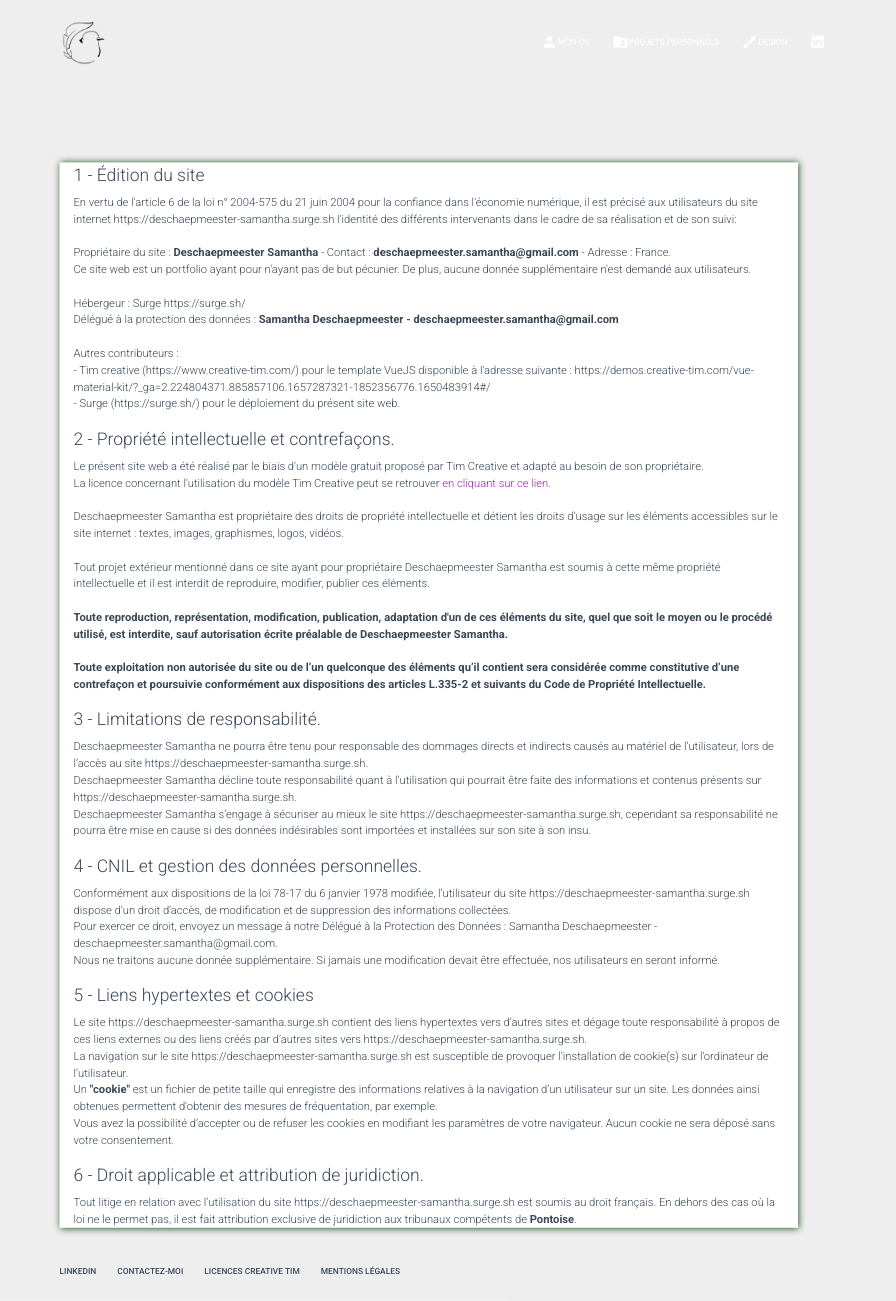
Repository: sdeschaepmeester/NewPortfolio
Page: /#/mentions
The author's editor kept a copy of each file at every save. The page is drawn from the files as they stood at one save, then again after the next save.
The browser window is 1280 px wide. The pictures show the whole page, at 70% of full size.
Some web libraries are served in a nearby version. The project was rebuilt for these pictures with package versions that can differ from the ones it lists, and the page was loaded fresh each time. Also part of the build but not shown: vue.config.js, src/views/components/APropos.vue, src/views/components/NavigationSection.vue, src/views/components/SmallNavigationSection.vue, src/components/Dropdown.vue, src/components/Parallax.vue, src/components/Pagination.vue, src/components/Slider.vue and 14 more.

Above is the page before, as saved 2022-07-11 19:58:41.

### public/index.html
<!--

=========================================================
* Vue Material Kit - v1.2.2
=========================================================

* Product Page: https://www.creative-tim.com/product/vue-material-kit
* Copyright 2019 Creative Tim (https://www.creative-tim.com)
* Licensed under MIT (https://github.com/creativetimofficial/vue-material-kit/blob/master/LICENSE.md)

* Coded by Creative Tim

=========================================================

* The above copyright notice and this permission notice shall be included in all copies or substantial portions of the Software.

-->

<!DOCTYPE html>
<html lang="en">
  <head>
    <meta charset="utf-8">
    <meta http-equiv="X-UA-Compatible" content="IE=edge">
    <meta name="viewport" content="width=device-width,initial-scale=1.0">
    <link rel="icon" href="<%= BASE_URL %>favicon.png">
    <title>Portfolio - Samantha Deschaepmeester</title>

    <!--  Fonts and icons     -->
    <link rel="stylesheet" type="text/css" href="https://fonts.googleapis.com/css?family=Roboto:300,400,500,700|Roboto+Slab:400,700|Material+Icons" />
    <link rel="stylesheet" href="//fonts.googleapis.com/icon?family=Material+Icons">
    <link href="https://use.fontawesome.com/releases/v5.0.8/css/all.css" rel="stylesheet">
  </head>
  <body>
    <noscript>
      <strong>We're sorry but vue-material-kit doesn't work properly without JavaScript enabled. Please enable it to continue.</strong>
    </noscript>
    <div id="app"></div>
    <!-- built files will be auto injected -->
  </body>
</html>

### src/views/MentionsLegales.vue
<template>
  <div class="wrapper">
      <div class="section">
        <div class="container">
          <div class="md-layout">
            <div class="md-layout-item md-size-50 mx-auto">
              <div class="profile">
                <div class="avatar">
                </div>
                <div class="name">
                  <h3 class="title">Mentions légales</h3>
                </div>
              </div>
            </div>
          </div>
          <div>
            <div style="marginTop: 20%; backgroundColor: white; width: 95%;
            box-shadow: 1px 1px 10px 1px #154d1a;">
            <div style="margin: 20px">
            <h3>1 - Édition du site</h3>

            En vertu de l'article 6 de la loi n° 2004-575 du 21 juin 2004 pour la confiance dans l'économie numérique, il est précisé aux utilisateurs du site internet https://deschaepmeester-samantha.surge.sh l'identité des différents intervenants dans le cadre de sa réalisation et de son suivi:
            <br/><br/>

            Propriétaire du site : <span style="fontWeight: bold">Deschaepmeester Samantha</span> - Contact : <span style="fontWeight: bold">deschaepmeester.samantha@gmail.com</span> - Adresse : France.
            <br/>

            Ce site web est un portfolio ayant pour n'ayant pas de but pécunier. De plus, aucune donnée supplémentaire n'est demandé aux utilisateurs.
            <br/><br/>

            Hébergeur : Surge https://surge.sh/
            <br/>

            Délégué à la protection des données : <span style="fontWeight: bold">Samantha Deschaepmeester - deschaepmeester.samantha@gmail.com</span>
            <br/><br/>

            Autres contributeurs :
            <br/>
            - Tim creative (https://www.creative-tim.com/) pour le template VueJS disponible à l'adresse suivante : https://demos.creative-tim.com/vue-material-kit/?_ga=2.224804371.885857106.1657287321-1852356776.1650483914#/
            <br/>
            - Surge (https://surge.sh/) pour le déploiement du présent site web.
            <br/>

            <h3>2 - Propriété intellectuelle et contrefaçons.</h3>

            Le présent site web a été réalisé par le biais d'un modèle gratuit proposé par Tim Creative et adapté au besoin de son propriétaire.
            <br/>
            La licence concernant l'utilisation du modèle Tim Creative peut se retrouver <a href="https://www.creative-tim.com/license?_ga=2.51012329.1549389931.1657556868-1852356776.1650483914">en cliquant sur ce lien.</a>
            <br/><br/>

            Deschaepmeester Samantha est propriétaire des droits de propriété intellectuelle et détient les droits d’usage sur les éléments accessibles sur le site internet : textes, images, graphismes, logos, vidéos.
            <br/><br/>
            Tout projet extérieur mentionné dans ce site ayant pour propriétaire Deschaepmeester Samantha est soumis à cette même propriété intellectuelle et il est interdit de reproduire, modifier, publier ces éléments.
            <br/><br/>
            <span style="fontWeight: bold">
            Toute reproduction, représentation, modification, publication, adaptation d'un de ces éléments du site, quel que soit le moyen ou le procédé utilisé, est interdite, sauf autorisation écrite préalable de Deschaepmeester Samantha.
            <br/><br/>
            Toute exploitation non autorisée du site ou de l’un quelconque des éléments qu’il contient sera considérée comme constitutive d’une contrefaçon et poursuivie conformément aux dispositions des articles L.335-2 et suivants du Code de Propriété Intellectuelle.
            </span>

            <br/>

            <h3>3 - Limitations de responsabilité.</h3>

            Deschaepmeester Samantha ne pourra être tenu pour responsable des dommages directs et indirects causés au matériel de l’utilisateur, lors de l’accès au site https://deschaepmeester-samantha.surge.sh.
            <br/>
            Deschaepmeester Samantha décline toute responsabilité quant à l’utilisation qui pourrait être faite des informations et contenus présents sur https://deschaepmeester-samantha.surge.sh.
            <br/>
            Deschaepmeester Samantha s’engage à sécuriser au mieux le site https://deschaepmeester-samantha.surge.sh, cependant sa responsabilité ne pourra être mise en cause si des données indésirables sont importées et installées sur son site à son insu.

            <h3>4 - CNIL et gestion des données personnelles.</h3>

            Conformément aux dispositions de la loi 78-17 du 6 janvier 1978 modifiée, l’utilisateur du site https://deschaepmeester-samantha.surge.sh dispose d’un droit d’accès, de modification et de suppression des informations collectées.
            <br/>
            Pour exercer ce droit, envoyez un message à notre Délégué à la Protection des Données : Samantha Deschaepmeester - deschaepmeester.samantha@gmail.com.
            <br/>
            Nous ne traitons aucune donnée supplémentaire. Si jamais une modification devait être effectuée, nos utilisateurs en seront informé.

            <h3>5 - Liens hypertextes et cookies</h3>

            Le site https://deschaepmeester-samantha.surge.sh contient des liens hypertextes vers d’autres sites et dégage toute responsabilité à propos de ces liens externes ou des liens créés par d’autres sites vers https://deschaepmeester-samantha.surge.sh.
            <br/>
            La navigation sur le site https://deschaepmeester-samantha.surge.sh est susceptible de provoquer l’installation de cookie(s) sur l’ordinateur de l’utilisateur.
            <br/>
            Un <span style="fontWeight: bold">"cookie"</span> est un fichier de petite taille qui enregistre des informations relatives à la navigation d’un utilisateur sur un site. Les données ainsi obtenues permettent d'obtenir des mesures de fréquentation, par exemple.
            <br/>
            Vous avez la possibilité d’accepter ou de refuser les cookies en modifiant les paramètres de votre navigateur. Aucun cookie ne sera déposé sans votre consentement.

            <h3>6 - Droit applicable et attribution de juridiction.</h3>

            Tout litige en relation avec l’utilisation du site https://deschaepmeester-samantha.surge.sh est soumis au droit français. En dehors des cas où la loi ne le permet pas, il est fait attribution exclusive de juridiction aux tribunaux compétents de <span style="fontWeight: bold">Pontoise</span>.
            </div>
                </div>
            </div>
        </div>
    </div>
  </div>
</template>

<script>
export default {
  components: {
  },
  bodyClass: "profile-page",
  data() {
    return {
    };
  },
  props: {
  },
  computed: {
    headerStyle() {
      return {
        backgroundImage: `url(${this.header})`
      };
    }
  },
  methods: {
  }
};
</script>

<style lang="scss" scoped>

p{
    font-size: 10!important;
}
.section {
  padding: 0;
}

.profile-tabs::v-deep {
  .md-card-tabs .md-list {
    justify-content: center;
  }

  [class*="tab-pane-"] {
    margin-top: 3.213rem;
    padding-bottom: 50px;

    img {
      margin-bottom: 2.142rem;
    }
  }
}
</style>

### src/layout/MainFooter.vue
<template>
  <footer
    class="footer"
    :class="{ [`footer-${type}`]: type }"
    :data-background-color="backgroundColor"
  >
    <div class="container">
      <nav>
        <ul>
          <li>
            <a href="https://www.linkedin.com/in/samantha-deschaepmeester/">
              LinkedIn
            </a>
          </li>
          <li>
            <a href="mailto:deschaepmeester.samantha@gmail.com">
              Contactez-moi
            </a>
          </li>
          <li>
            <a href="https://www.creative-tim.com/license">
              Licences Creative Tim
            </a>
          </li>
          <li>
            <a href="#/mentions">
              Mentions Légales
            </a>
          </li>
        </ul>
      </nav>
    </div>
  </footer>
</template>
<script>
export default {
  props: {
    backgroundColor: String,
    type: String
  },
  data() {
    return {
      year: new Date().getFullYear()
    };
  }
};
</script>
<style></style>

### src/assets/scss/material-kit/_carousel.scss
.VueCarousel-pagination {
  position: absolute;
  bottom: 5px;
  margin-bottom: 15px;
}

.VueCarousel-wrapper {
  border-radius: $border-radius-large;
}

.VueCarousel-dot {
  width: 10px !important;
  height: 10px !important;
  padding: 0 !important;
  margin: 10px;
  border: 1px solid #fff;
  background: #FFF !important;
  box-shadow: 0 2px 2px 0 rgba(0,0,0,.14), 0 3px 1px -2px rgba(0,0,0,.12), 0 1px 5px 0 rgba(0,0,0,.2);
  border-radius: 2px !important;
  transition: all .3s linear;

  &:focus {
    outline: 0 !important;
  }
}

.VueCarousel-dot--active {
  margin-top: 10px;
  transform: scale(1.5);
  box-shadow: 0 4px 5px 0 rgba(0,0,0,.14), 0 1px 10px 0 rgba(0,0,0,.12), 0 2px 4px -1px rgba(0,0,0,.2);
}

.carousel-caption {
  position: absolute;
  bottom: 25px;
  left: 0;
  right: 0;
  text-align: center;
  padding-top: 20px;
  padding-bottom: 45px;

  &,
  .md-icon,
  .fa,
  .fab,
  .fas {
    color: $white-color !important;
  }
}

.VueCarousel-navigation-prev {
  left: 95px !important;

}

.VueCarousel-navigation-next {
  right: 95px !important;
}

.VueCarousel-navigation-prev i,
.VueCarousel-navigation-next i {
  font-size: 50px;
  color: $white-color !important;
  opacity: .5;

  &:hover {
    opacity: 1;
  }
}

.VueCarousel-slide {
  position: relative;
}

### src/assets/scss/material-kit/_autocomplete.scss
.md-menu-content:not(.md-select-menu) .md-menu-content-container .md-list {
  .md-list-item {
    margin: 0 .3125rem;

    &:not(:last-child) {
      margin-bottom: 5px;
    }

    .md-list-item-button {
      background-color: transparent;
      color: $gray-dark !important;
      border-radius: 3px;

      &:hover {
        background-color: $brand-primary !important;
        @include shadow-big-color($brand-primary);
        color: #FFF !important;
      }

      .md-list-item-content {
        min-height: 38px;
        font-size: 13px;

        span {
          top: auto;
          left: auto;
          right: 0;
          padding-left: 15px;
          padding-right: 15px;
        }
      }
    }
  }
}

### src/assets/scss/material-kit/_info-areas.scss
.info{
    max-width: 360px;
    margin: 0 auto;
    padding: 70px 0 30px;

    .icon{
        color: $gray-color;

        > i{
            font-size: 3.85rem !important;
            min-width: auto;
            width: auto;
            height: auto;
            vertical-align: unset;
        }
    }
    .info-title{
        color: $black-color;
        margin: 0.875rem * 2 0 0.875rem;
    }
    p{
        color: $gray-color;
    }
}

.info-horizontal{
    .icon{
        float: left;
        margin-top: 24px;
        margin-right: 10px;

        >i{
            font-size: $font-size-h2;
        }
    }
    .description{
        overflow: hidden;
    }

}

.icon {

  &.icon-primary i{
    color: $brand-primary !important;
    }
  &.icon-info i{
    color: $brand-info !important;
  }
  &.icon-success i{
    color: $brand-success !important;
  }
  &.icon-warning i{
    color: $brand-warning !important;
  }
  &.icon-danger i{
    color: $brand-danger !important;
  }
  &.icon-rose i{
    color: $brand-rose !important;
}
}

### src/assets/scss/material-kit/_badges.scss
.badge {
  display: inline-block;
  border-radius: $border-radius-label;
  padding: 5px 12px;
  text-transform: uppercase;
  font-size: 10px;
  color: $white-color;
  font-weight: 500;
  line-height: 1;
  text-align: center;
  white-space: nowrap;
  vertical-align: baseline;

  &:not(:last-child) {
    margin-right: 5px;
  }

  @include badge-color();
}


.badge-default[href]:hover,
.badge-default[href]:focus {
  background-color: darken($gray-light, 5%);
}

.badge-primary[href]:hover,
.badge-primary[href]:focus {
  background-color: darken($brand-primary, 5%);
}

.badge-info[href]:hover,
.badge-info[href]:focus {
  background-color: darken($brand-info, 5%);
}

.badge-success[href]:hover,
.badge-success[href]:focus {
  background-color: darken($brand-success, 5%);
}

.badge-warning[href]:hover,
.badge-warning[href]:focus {
  background-color: darken($brand-warning, 5%);
  color: $white-color;
}

.badge-danger[href]:hover,
.badge-danger[href]:focus {
  background-color: darken($brand-danger, 5%);
}
.badge-rose[href]:hover,
.badge-rose[href]:focus {
  background-color: darken($brand-rose, 5%);
}

### src/assets/scss/material-kit/_tables.scss
.md-table-cell-container{
  padding: 0;
  .md-table-cell:last-child &{
    padding-right: 0;
    text-align: right;
    display: flex;
  }
}
.md-table-head-container{
  height: auto;
  padding: 0;
}
.md-tabs-content table thead{
  display: none;
}

.md-tabs-container tbody .md-table-row:first-child td{
  border: 0;
}

.md-table-cell{
  padding: 12px 8px;
  font-size: $font-size-base;
}

.md-table-head-label{
  font-size: $font-size-h5;
  padding-left: 8px;
  font-weight: 300;
}

.md-table .md-table-row:hover .md-table-cell{
  background-color: transparent !important;
}

.md-table .md-table-row:hover{
  background: $table-bg-hover !important;
}

.md-card-plain .md-card-content > div .md-table .md-table-content,
.md-card-plain .md-card-content > div .md-table {
  background-color: transparent !important;
}

.md-table{
  &[table-header-color="orange"] .md-table-head{
    color: $brand-warning !important;
  }
  &[table-header-color="purple"] .md-table-head{
    color: $brand-primary !important;
  }
  &[table-header-color="blue"] .md-table-head{
    color: $brand-info !important;
  }
  &[table-header-color="red"] .md-table-head{
    color: $brand-danger !important;
  }
  &[table-header-color="green"] .md-table-head{
    color: $brand-success !important;
  }

  .md-table-row td{
    border-top-color: rgba(0,0,0,.06) !important;
  }
}

### src/assets/scss/material-kit/_checkboxes.scss
.md-checkbox{
  .md-checkbox-container{
    border: 1px solid rgba(0, 0, 0, .54);
    border-radius: 3px;

    .md-ripple{
      overflow: hidden;
    }
  }

  &.md-checked .md-checkbox-container{
    &:after{
      border-color: $brand-primary !important;
      top: 1px;
      left: 6px;
    }
  }

  .md-checkbox-label{
    font-weight: 400;
    font-size: .875rem;
    color: #aaa;
    padding-left: 10px;
  }

  &.md-theme-default.md-checked .md-checkbox-container{
    background-color: transparent !important;
    border-color: inherit;
  }

  &.md-theme-default.md-checked .md-ripple{
    color: inherit;
  }

  &.md-disabled .md-checkbox-label,
  &.md-disabled .md-checkbox-container{
    opacity: .26;
    border-color: rgba(0, 0, 0, .54) !important;
  }

  &.md-checked.md-disabled .md-checkbox-container{
    background-color: transparent !important;
    border-color: rgba(0, 0, 0, .54) !important;
    opacity: .26;

    &:after{
      border-color: rgba(0, 0, 0, .54) !important;
    }
  }
}

### src/assets/scss/material-kit/_togglebutton.scss
.md-switch .md-switch-thumb .md-ripple,
.md-switch .md-switch-thumb:before {
  overflow: hidden;
}

.md-switch {
  display: flex;
  margin: 0;

  .md-switch-label {
    color: rgba(0,0,0,.26);
    font-size: 14px;
    line-height: 1.42857;
    font-weight: 400;
    margin-bottom: .5rem;
  }

  .md-switch-container{
    background-color: rgba(80,80,80,.7) !important;
  }

  .md-switch-thumb {
    background-color: $white-color !important;
    border: 1px solid rgba(0,0,0,.54);
    box-shadow: 0 1px 3px 1px rgba(0,0,0,.4);

    .md-ripple .md-ripple-wave{
      background-color: rgba(0,0,0,.54) !important;
    }
  }

  &.md-checked {
    .md-switch-thumb {
      border: 1px solid $brand-primary;

      .md-ripple .md-ripple-wave{
        background-color: rgba(156,39,176,.7) !important;
      }
    }

    .md-switch-container {
      background-color: rgba(156,39,176,.7) !important;
    }
  }
}

### src/assets/scss/material-kit/_radios.scss
.md-radio{

  .md-radio-label{
    padding-left: 10px;
    color: #aaa;
    font-size: .875rem;
    font-weight: 400;
  }

  .md-radio-container{
    border: 1px solid rgba(0,0,0,.54) !important;
    width: 15px;
    min-width: 15px;
    height: 15px;
    top: 2px;
    transition: .2s !important;

    &:after{
      transform: scale3D(0,0,0);
      transition: .2s !important;
      right: 2px;
      bottom: 2px;
      top: 2px;
      left: 2px;
      border-radius: 100%;
    }

    .md-ripple{
      overflow: hidden;

      .md-ripple-wave{
        background-color: $brand-primary;
      }
    }
  }

  &.md-checked .md-radio-container{
    border-color: $brand-primary !important;

    &:after{
      background-color: $brand-primary !important;
    }
  }

  &.md-disabled .md-radio-label,
  &.md-disabled .md-radio-container{
    opacity: .26;
    border-color: rgba(0, 0, 0, .54) !important;
  }

  &.md-checked.md-disabled .md-radio-container{
    background-color: transparent !important;
    border-color: rgba(0, 0, 0, .54) !important;
    opacity: .26;

    &:after{
      background-color: rgba(0, 0, 0, .54) !important;
    }
  }
}

### src/assets/scss/material-kit/_footers.scss
footer{
    padding: $padding-base 0;

    nav,
    .copyright{
      display: inline-block;
    }

    ul{
    padding: 0;
    margin: 0;
    list-style: none;

        li{
            display: inline-block;

            a{
                color: inherit !important;
                padding: $padding-base;
                font-weight: $font-weight-bold;
                font-size: $mdb-btn-font-size-base;
                text-transform: uppercase;
                border-radius: $border-radius-base;
                text-decoration: none;
                position: relative;
                display: block;

                &:hover{
                    text-decoration: none;
                }
            }

          &:first-child a{
            margin-left: -15px;
          }
        }
    }

    .copyright{
        padding: 15px 0;
        margin: 0;
        .md-icon{
            font-size: 18px !important;
            color: inherit !important;
            width: auto !important;
            min-width: auto !important;

        }
    }
}

Loaded but not shown: src/main.js (common file); src/App.vue (common file); src/plugins/material-kit.js (common file); src/plugins/globalDirectives.js (common file); src/plugins/globalMixins.js (common file); src/plugins/globalComponents.js (common file); src/components/index.js (common file); src/layout/MobileMenu.vue (common file); src/assets/scss/material-kit/mixins/_transparency.scss (common file); src/assets/scss/material-kit/plugins/_perfect-scrollbar.scss (common file); src/assets/scss/material-kit/plugins/_plugin-nouislider.scss (common file); src/assets/scss/material-kit/_images.scss (common file); src/assets/scss/material-kit/_progress.scss (common file); src/assets/scss/material-kit/_layout.scss (common file); src/router.js (68 lines, source omitted); src/assets/scss/material-kit/_variables.scss (1135 lines, source omitted); src/assets/scss/material-kit/_cards.scss (546 lines, source omitted); src/assets/scss/material-kit/_colors.scss (339 lines, source omitted); src/assets/scss/material-kit/_mixins.scss (393 lines, source omitted); src/assets/scss/material-kit/_responsive.scss (460 lines, source omitted); src/assets/scss/material-kit/_navbars.scss (404 lines, source omitted); src/assets/scss/material-kit/mixins/_vendor-prefixes.scss (176 lines, source omitted); src/assets/scss/material-kit/_inputs.scss (296 lines, source omitted); src/assets/scss/material-kit/_shadows.scss (148 lines, source omitted); src/layout/MainNavbar.vue (177 lines, source omitted); src/assets/scss/material-kit/_buttons.scss (242 lines, source omitted); src/assets/scss/material-kit/_popups.scss (164 lines, source omitted); src/assets/scss/material-kit/_example-pages.scss (170 lines, source omitted); src/assets/scss/material-kit/_dropdown.scss (151 lines, source omitted); src/assets/scss/material-kit/_pagination.scss (125 lines, source omitted); src/assets/demo.css (206 lines, source omitted); src/assets/scss/material-kit/_pills.scss (117 lines, source omitted); src/assets/scss/material-kit/_misc.scss (160 lines, source omitted); src/assets/scss/material-kit/_alerts.scss (104 lines, source omitted); src/assets/scss/material-kit/_datepicker.scss (104 lines, source omitted); src/assets/scss/material-kit.scss (58 lines, source omitted); src/assets/scss/material-kit/_dialogs.scss (113 lines, source omitted); src/assets/scss/material-kit/_typography.scss (95 lines, source omitted); src/assets/scss/material-kit/_tabs.scss (87 lines, source omitted); src/assets/scss/material-kit/_headers.scss (68 lines, source omitted)

After the next save:
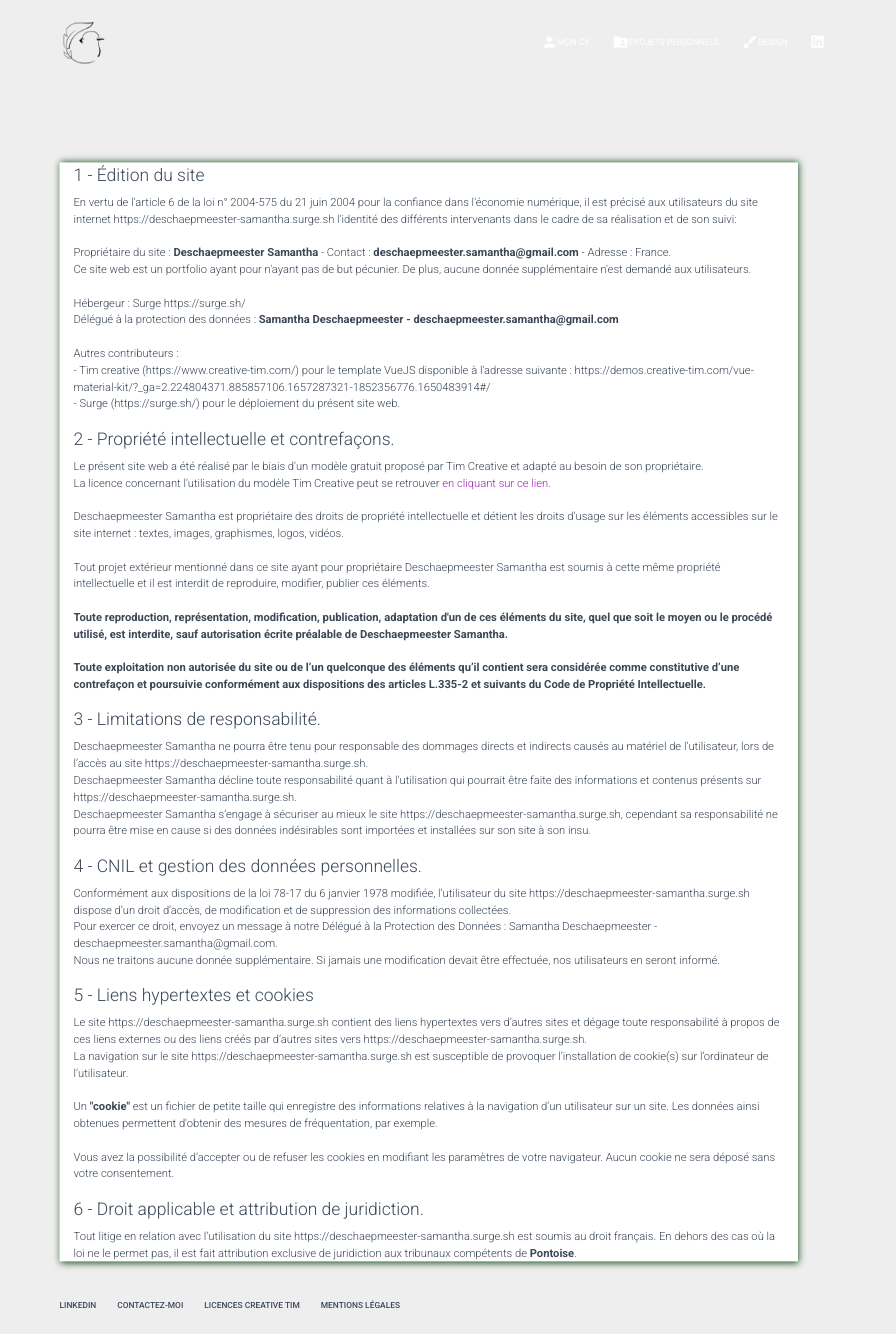
Saved 7 s later.
--- a/src/views/MentionsLegales.vue
+++ b/src/views/MentionsLegales.vue
@@ -81,9 +81,9 @@
             Le site https://deschaepmeester-samantha.surge.sh contient des liens hypertextes vers d’autres sites et dégage toute responsabilité à propos de ces liens externes ou des liens créés par d’autres sites vers https://deschaepmeester-samantha.surge.sh.
             <br/>
             La navigation sur le site https://deschaepmeester-samantha.surge.sh est susceptible de provoquer l’installation de cookie(s) sur l’ordinateur de l’utilisateur.
-            <br/>
+            <br/><br/>
             Un <span style="fontWeight: bold">"cookie"</span> est un fichier de petite taille qui enregistre des informations relatives à la navigation d’un utilisateur sur un site. Les données ainsi obtenues permettent d'obtenir des mesures de fréquentation, par exemple.
-            <br/>
+            <br/><br/>
             Vous avez la possibilité d’accepter ou de refuser les cookies en modifiant les paramètres de votre navigateur. Aucun cookie ne sera déposé sans votre consentement.
 
             <h3>6 - Droit applicable et attribution de juridiction.</h3>
